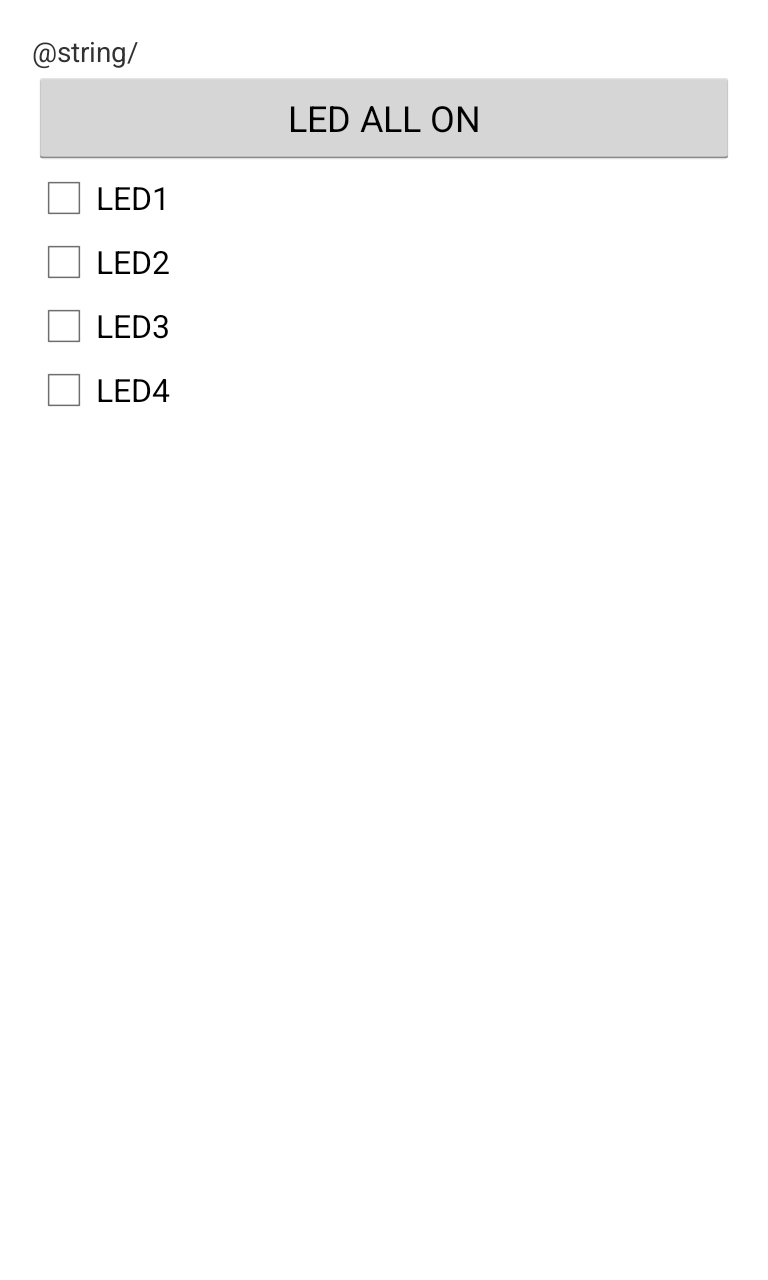
Repository: zgliuyang/android_study
Layout: LedCtrl/res/layout/activity_main.xml
The author's editor kept a copy of each file at every save. The layout is drawn from the files as they stood at one save, then again after the next save.
It is drawn on a 768 x 1280 px phone screen (xhdpi) without system bars, with theme AppTheme; the app's code is not run.

Above is the layout before, as saved 2020-05-20 16:29:54.

### LedCtrl/res/layout/activity_main.xml
<LinearLayout xmlns:android="http://schemas.android.com/apk/res/android"
    xmlns:tools="http://schemas.android.com/tools"
    android:layout_width="match_parent"
    android:layout_height="match_parent"
    android:paddingBottom="@dimen/activity_vertical_margin"
    android:paddingLeft="@dimen/activity_horizontal_margin"
    android:paddingRight="@dimen/activity_horizontal_margin"
    android:paddingTop="@dimen/activity_vertical_margin"
    tools:context=".MainActivity"
    android:orientation="vertical" >

    <TextView
        android:layout_width="wrap_content"
        android:layout_height="wrap_content"
        android:text="@string/" />
    <Button
        android:layout_width="fill_parent"
        android:layout_height="wrap_content"
        android:text="LED ALL ON" />
    <CheckBox
        android:layout_width="fill_parent"
        android:layout_height="wrap_content"
        android:text="LED1" />
    <CheckBox
        android:layout_width="fill_parent"
        android:layout_height="wrap_content"
        android:text="LED2" />
    <CheckBox
        android:layout_width="fill_parent"
        android:layout_height="wrap_content"
        android:text="LED3" />
    <CheckBox
        android:layout_width="fill_parent"
        android:layout_height="wrap_content"
        android:text="LED4" />


</LinearLayout>

Loaded but not shown: LedCtrl/res/values/styles.xml (common file); LedCtrl/res/values-v11/styles.xml (common file); LedCtrl/res/values-v14/styles.xml (common file); LedCtrl/res/values/dimens.xml (common file)

After the next save:
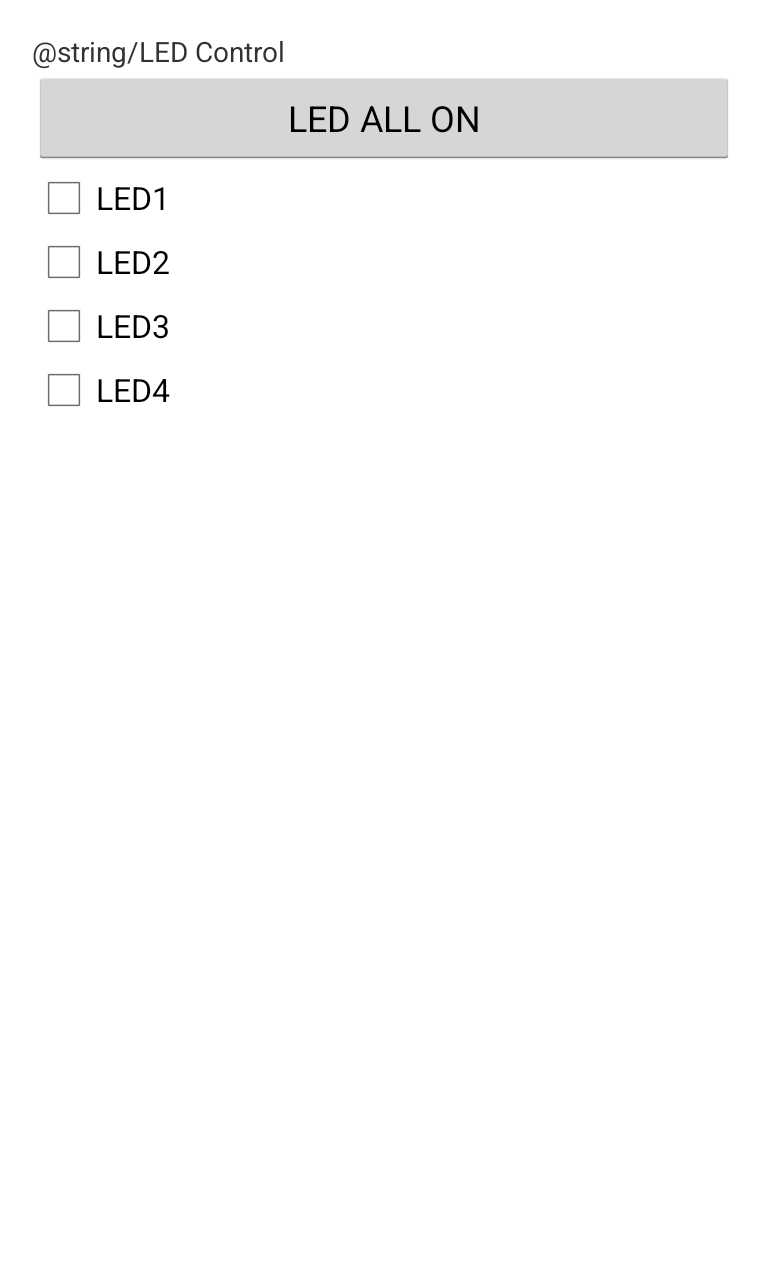
Saved 20 s later.
--- a/LedCtrl/res/layout/activity_main.xml
+++ b/LedCtrl/res/layout/activity_main.xml
@@ -12,7 +12,7 @@
     <TextView
         android:layout_width="wrap_content"
         android:layout_height="wrap_content"
-        android:text="@string/" />
+        android:text="@string/LED Control" />
     <Button
         android:layout_width="fill_parent"
         android:layout_height="wrap_content"
